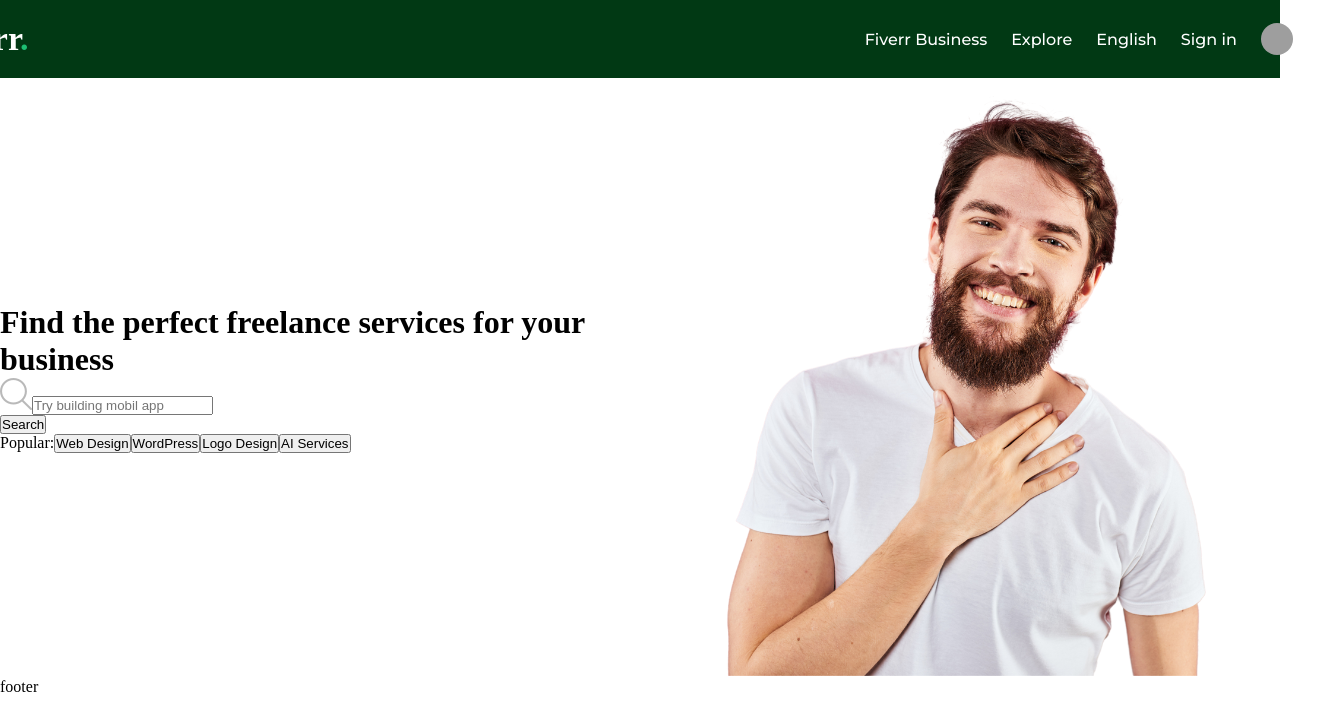
Repository: MoNasr2022/fiverr_clone_app
Page: /
These files come from the project's save history. The page is drawn as it stood at one moment and after a run of saves; the edit follows.
The browser window is 1280 px wide. The page is 1340 px wide, so the pictures cover 1340 px, including what lies to the right of the window. The pictures show the whole page.
Pictures or frames that could not be fetched are drawn as grey boxes. The project was rebuilt for these pictures with package versions that can differ from the ones it lists, and the page was loaded fresh each time. Also part of the build but not shown: vite.config.js, src/pages/gigs/Gigs.jsx, src/pages/gig/Gig.jsx, src/pages/orders/Orders.jsx, src/pages/myGigs/MyGigs.jsx, src/pages/add/Add.jsx, src/pages/messages/Messages.jsx, src/pages/message/Message.jsx.

Above is the page before, as saved 2023-03-06 23:13:08.

After the next 2 saves:
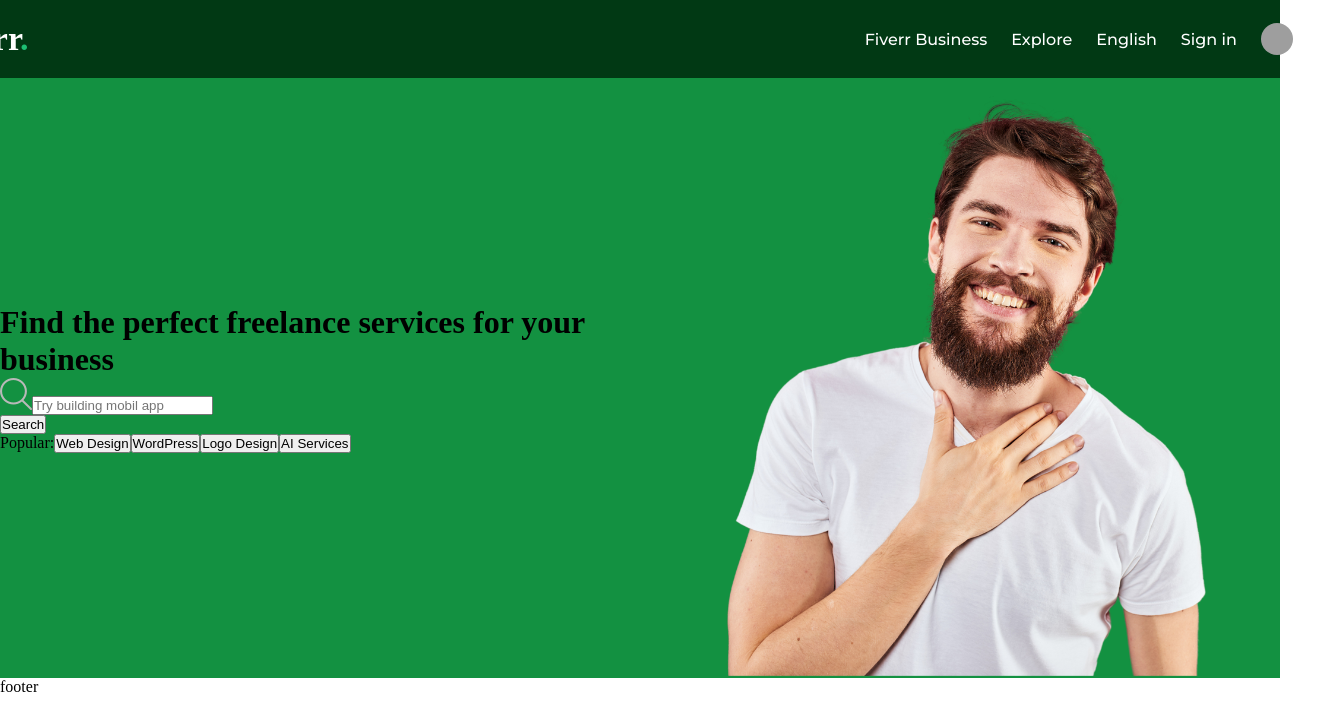
The 2 saves are shown as one change because they came seconds apart.
The last was saved 7 s later.
--- a/src/components/featured/Featured.scss
+++ b/src/components/featured/Featured.scss
@@ -6,7 +6,7 @@
        width: 1400px;
        display: flex;
        align-items: center;
-        background-color: color #139141;
+        background-color:#139141;
 
     }
 }
